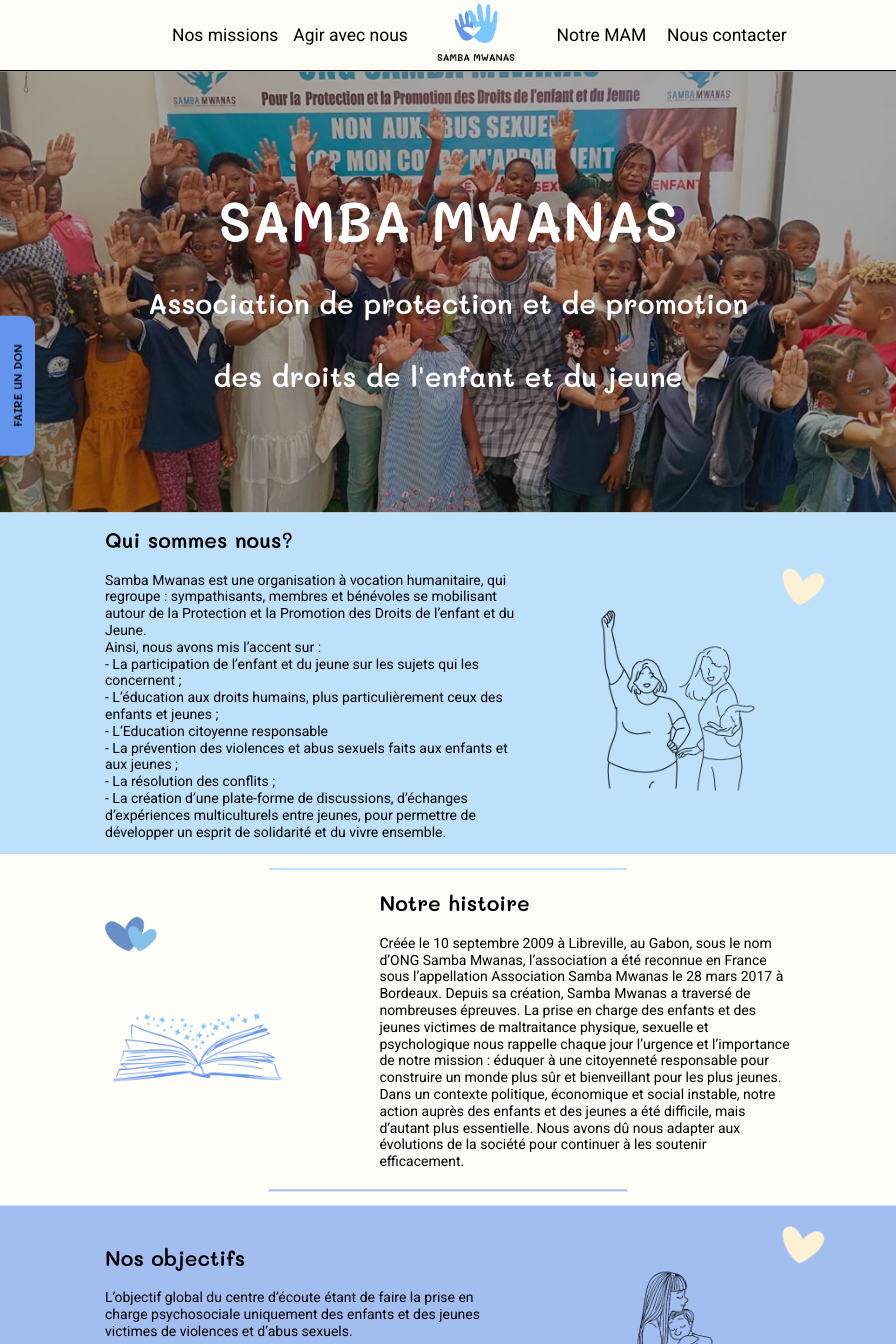
Repository: Danie-lDasilva/Samba-Mwanas
Page: index.html
An editor plug-in stored every save of this project. The page is shown before and after the next save, followed by the edit.
The browser window is 1280 px wide. The pictures show the part of the page from y = 0 to 1920 px (the page is 3450 px tall), at 70% of full size.

Above is the page before, as saved 2025-03-06 19:02:38.

### index.html
<!DOCTYPE html>
<html lang="fr">
<head>
    <meta charset="UTF-8">
    <meta name="viewport" content="width=device-width, initial-scale=1.0">
    <title>Accueil Samba Mwanas</title>

    <link rel="preconnect" href="https://fonts.googleapis.com">
    <link rel="preconnect" href="https://fonts.gstatic.com" crossorigin>
    <link href="https://fonts.googleapis.com/css2?family=Mali:wght@600&family=Roboto:ital,wdth@0,75;1,75&display=swap" rel="stylesheet">

    <link rel="stylesheet" href="assets/css/style.css">
</head>
<body>
    <header>
        <nav>
                <ul>
                    <li>
                        <a href="Nos missions.html">Nos missions</a>
                    </li>

                    <li>
                        <a href="Agir avec nous.html">Agir avec nous</a>
                    </li>

                    <li>
                        <a href="index.html" class="Logo">
                            <img src="assets/img/Fichier 2.png" alt="Logo Samba Mwanas, retour à l'accueil">
                        </a>
                    </li>

                    <li>
                        <a href="Notre MAM.html">Notre MAM</a>
                    </li>

                    <li>
                        <a href="Nous contacter.html">Nous contacter</a>
                    </li>
                </ul>
        </nav>
    </header>

    <main>
        <div class="Landing">
            <img src="assets/img/438086985_481067970943014_8371549183684250909_n.jpg" alt="Photo évènementiel de Samba Mwanas, enfants qui tendent la main">
            <h1 class="Samba">
                SAMBA MWANAS <br>
                <span>
                    Association de protection et de promotion <br> des droits de l'enfant et du jeune
                </span>
            </h1>
        </div>

        <section class="Infos">
            <article class="Art1">
                <div class="Texte">
                    <h2>
                        Qui sommes nous?
                    </h2>

                    <p>
                        Samba Mwanas est une organisation à vocation humanitaire, qui regroupe : sympathisants, membres et bénévoles se mobilisant autour de la Protection et la Promotion des Droits de l’enfant et du Jeune. <br>

                        Ainsi, nous avons mis l’accent sur : <br>
                        - La participation de l’enfant et du jeune sur les sujets qui les concernent ; <br>
                        - L’éducation aux droits humains, plus particulièrement ceux des enfants et jeunes ; <br>
                        - L’Education citoyenne responsable <br>
                        - La prévention des violences et abus sexuels faits aux enfants et aux jeunes ; <br>
                        - La résolution des conflits ; <br>
                        - La création d’une plate-forme de discussions, d’échanges d’expériences multiculturels entre jeunes, pour permettre de développer un esprit de solidarité et du vivre ensemble.
                    </p>
                </div>

                <div class="Illu">
                    <div class="ArtCoeur1">
                        <img src="assets/img/Fichier 3.png" alt="Illustration avec un coeur couleur écru">
                    </div>

                    <div class="Illustrations">
                        <img src="assets/img/qui sommes nous 1.png" alt="Illustration, deux dames dont une qui tend la main">
                    </div>
                </div>
            </article>

            <hr class="HR1">

            <article class="Art2">
                <div class="Illu">
                    <div class="ArtCoeur2">
                        <img src="assets/img/Fichier 10.png" alt="Illustration avec deux coeurs bleu">
                    </div>

                    <div class="Illustrations Liv">
                        <img src="assets/img/notre histoire.png" alt="Illustration, livre avec des étoiles">
                    </div>
                </div>

                <div class="Texte">
                    <h2>
                        Notre histoire
                    </h2>

                    <p>
                        Créée le 10 septembre 2009 à Libreville, au Gabon, sous le nom d’ONG Samba Mwanas, l’association a été reconnue en France sous l’appellation Association Samba Mwanas le 28 mars 2017 à Bordeaux.

                        Depuis sa création, Samba Mwanas a traversé de nombreuses épreuves. La prise en charge des enfants et des jeunes victimes de maltraitance physique, sexuelle et psychologique nous rappelle chaque jour l’urgence et l’importance de notre mission : éduquer à une citoyenneté responsable pour construire un monde plus sûr et bienveillant pour les plus jeunes. <br>
                        Dans un contexte politique, économique et social instable, notre action auprès des enfants et des jeunes a été difficile, mais d’autant plus essentielle. Nous avons dû nous adapter aux évolutions de la société pour continuer à les soutenir efficacement.
                    </p>
                </div>
            </article>

            <hr class="HR2">

            <article class="Art3">
                <div class="Texte">
                    <h2>
                        Nos objectifs
                    </h2>

                    <p>
                        L’objectif global du centre d’écoute étant de faire la prise en charge psychosociale uniquement des enfants et des jeunes victimes de violences et d’abus sexuels. <br>
                        <br>
                        En prenant en charge ces enfants, nous avons pu constater un besoin criard des structures d’accueil du jour: Une case de communication dénommée (CASECOM) dans chaque province. Un endroit où tous les enfants sans discrimination pourraient s’exprimer en toute sécurité avec les pairs éducateurs formées.
                    </p>
                </div>

                <div class="Illu">
                    <div class="ArtCoeur1">
                        <img src="assets/img/Fichier 3.png" alt="Illustration avec un coeur de couleur écru">
                    </div>

                    <div class="Illustrations Liv">
                        <img src="assets/img/notre objectif.png" alt="Illustration, avec une dame qui fait un calin à un enfant">
                    </div>
                </div>
            </article>
        </section>

        <section>
            <div class="NotreEquipe">
                <h2>
                    Notre équipe
                </h2>

                <img src="assets/img/Fichier 9.png" alt="Illustration, main avec un coeur">
            </div>

            <div class="Ligne">
                <div>
                    <div class="Personne">
                        <div class="Photo">
                            <img src="assets/img/Hortense.jpg" alt="Photo de Hortense NNAME">
                        </div>

                        <strong>
                            Hortense NNAME
                        </strong>

                        <p>
                            Présidente
                        </p>
                    </div>

                    <div class="Personne">
                        <div class="Photo">
                            <img src="assets/img/Nels.jpg" alt="Photo de Nels BOUCKAT" class="Nels">
                        </div>

                        <strong>
                            Nels BOUCKAT
                        </strong>

                        <p>
                            Charge évènementiel et logistique
                        </p>
                    </div>
                </div>

                <div>
                    <div class="Personne">
                        <div class="Photo">
                            <img src="assets/img/Gertrude.jpg" alt="Photo de Gertrude TAMINI">
                        </div>

                        <strong>
                            Gertrude TAMINI
                        </strong>

                        <p>
                            Directrice de la MAM
                        </p>
                    </div>

                    <div class="Personne">
                        <div class="Photo">
                            <img src="assets/img/Rita.jpg" alt="Photo de Rita ABOGHE">
                        </div>

                        <strong>
                            Rita ABOGHE
                        </strong>

                        <p>
                            Chargée de communication - Gabon
                        </p>
                    </div>
                </div>

                <div>
                    <div class="Personne">
                        <div class="Photo">
                            <img src="assets/img/Mélanie.jpg" alt="Photo de Mélanie MBADINGA" class="MBADINGA">
                        </div>

                        <strong>
                            Mélanie MBADINGA
                        </strong>

                        <p>
                            Experte en droit de l'enfant
                        </p>
                    </div>

                    <div class="Personne">
                        <div class="Photo">
                            <img src="assets/img/Antinea.jpg" alt="Photo de Antinea ZADJEKANI" class="Antinea">
                        </div>

                        <strong>
                            Antinea ZADJEKANI
                        </strong>

                        <p>
                            Chargée de formation
                        </p>
                    </div>
                </div>

                <div>
                    <div class="Personne">
                        <div class="Photo">
                            <img src="assets/img/Rudy.jpg" alt="Photo de Rudy DESTANQUE">
                        </div>

                        <strong>
                            Rudy DESTANQUE
                        </strong>

                        <p>
                            Responsable communication
                        </p>
                    </div>

                    <div class="Personne">
                        <div class="Photo">
                            <img src="assets/img/Dorisse.jpg" alt="Photo de Dorisse NYARE" class="Dorisse">
                        </div>

                            <strong>
                                Dorisse NYARE
                            </strong>

                        <p>
                            Assitante maternelle à la MAM
                        </p>
                    </div>
                </div>
            </div>



        <div id="Don" class="Don">
            <a href="https://www.helloasso.com/associations/association-samba-mwanas/formulaires/1">FAIRE UN DON</a>
        </div>
    </main>

    <footer>
        <div class="Footer">

        <div class="FooterInfos">
            <div class="Lien">
                <p class="titre">
                    Navigation
                </p>

                <nav class="InfoMarge">
                    <ul>
                        <li>
                            <a href="Nos missions.html">Nos missions</a>
                        </li>

                        <li>
                            <a href="Agir avec nous.html">Agir avec nous</a>
                        </li>

                        <li>
                            <a href="Notre MAM.html">Notre MAM</a>
                        </li>

                        <li>
                            <a href="Nous contacter.html">Nous contacter</a>
                        </li>
                    </ul>
                </nav>
            </div>

            <div class="Lien">
                <p class="titre">
                    Informations
                </p>

                <nav>
                    <ul>
                        <li>
                            <a href="Politique de confidentialité.html">Politique de confidentialité</a>
                        </li>

                        <li>
                            <a href="Plan du site.html">Plan du site</a>
                        </li>

                        <li>
                            <a href="Mentions légales.html">Mentions légales</a>
                        </li>
                    </ul>
                </nav>
            </div>
        </div>

        <div class="FooterCentre">
            <div class="FooterDon">
                <a href="https://www.helloasso.com/associations/association-samba-mwanas/formulaires/1">Faire un don</a>
            </div>

            <div class="FooterLogo">
                <img src="assets/img/LOGO_Logo principal.svg" alt="Logo Samba Mwanas, Retour à l'acceuil">
            </div>
        </div>

        <div class="FooterInfos">
            <nav class="FooterRéseaux">
                <ul>
                    <li>
                        <a href="#">
                            <img src="assets/img/facebook.png" alt="Logo facebook, Lien vers le facebook de Samba Mwanas">
                        </a>
                    </li>

                    <li>
                        <a href="#">
                            <img src="assets/img/instagram.png" alt="Logo instagram, Lien vers la page instagram de Samba Mwanas">
                        </a>
                    </li>

                    <li>
                        <a href="#">
                            <img src="assets/img/tik-tok.png" alt="Logo tiktok, Lien vers la page Tiktok de Samba Mwanas">
                        </a>
                    </li>
                </ul>
            </nav>

            <p>
                ong.sambamwanas@gmail.com
            </p>


            <div class="FooterContact">
                <div>
                    <img src="assets/img/france.png" alt="Drapeau de France" class="FooterDrapeau">
                </div>

                <div>
                    <p>
                        07 53 14 03 90
                    </p>

                    <p>
                        3 Rue de la Rosière, <br>
                        Bâtiment C, Appartement 9 <br>
                        33320 Eysines
                    </p>
                </div>
            </div>

            <div class="FooterContact">
                <div>
                    <img src="assets/img/gabon.png" alt="Drapeau du gabon" class="FooterDrapeau">
                </div>

                <div>
                    <p>
                        +241 07 56 07 59
                    </p>

                    <p>
                        Quartier PK12, BP 5704 Libreville, <br>
                        Gabon

                    </p>
                </div>
            </div>
        </div>

    </div>
    </footer>
</body>
</html>

Loaded but not shown: assets/css/style.css (561 lines, source omitted)

After the next save:
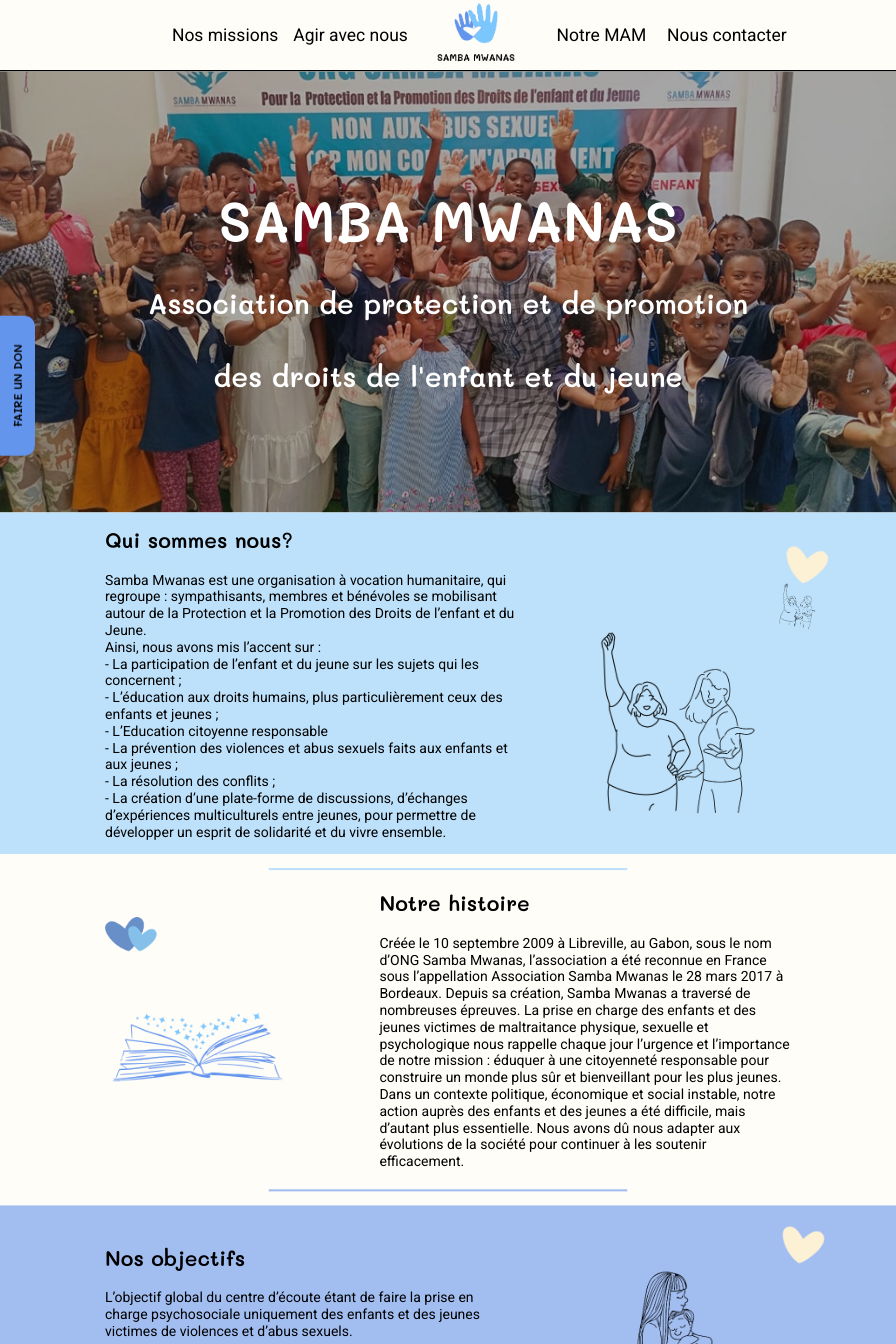
Saved 14 min 19 s later.
--- a/index.html
+++ b/index.html
@@ -73,7 +73,17 @@
 
                 <div class="Illu">
                     <div class="ArtCoeur1">
-                        <img src="assets/img/Fichier 3.png" alt="Illustration avec un coeur couleur écru">
+                        <picture>
+                            <source srcset="assets/img/Fichier 3.webp" type="image/webp">
+                            <source srcset="assets/img/Fichier 3.png" type="image/png">
+                            <img src="assets/img/Fichier 3.png" alt="Illustration avec un coeur couleur écru">
+                        </picture>
+
+                        <picture>
+                            <source srcset="assets/img/qui sommes nous 1.webp" type="image/webp">
+                            <source srcset="assets/img/qui sommes nous 1.png" type="image/png">
+                            <img src="assets/img/qui sommes nous 1.png" alt="Illustration, deux dames dont une qui tend la main">
+                        </picture>
                     </div>
 
                     <div class="Illustrations">
